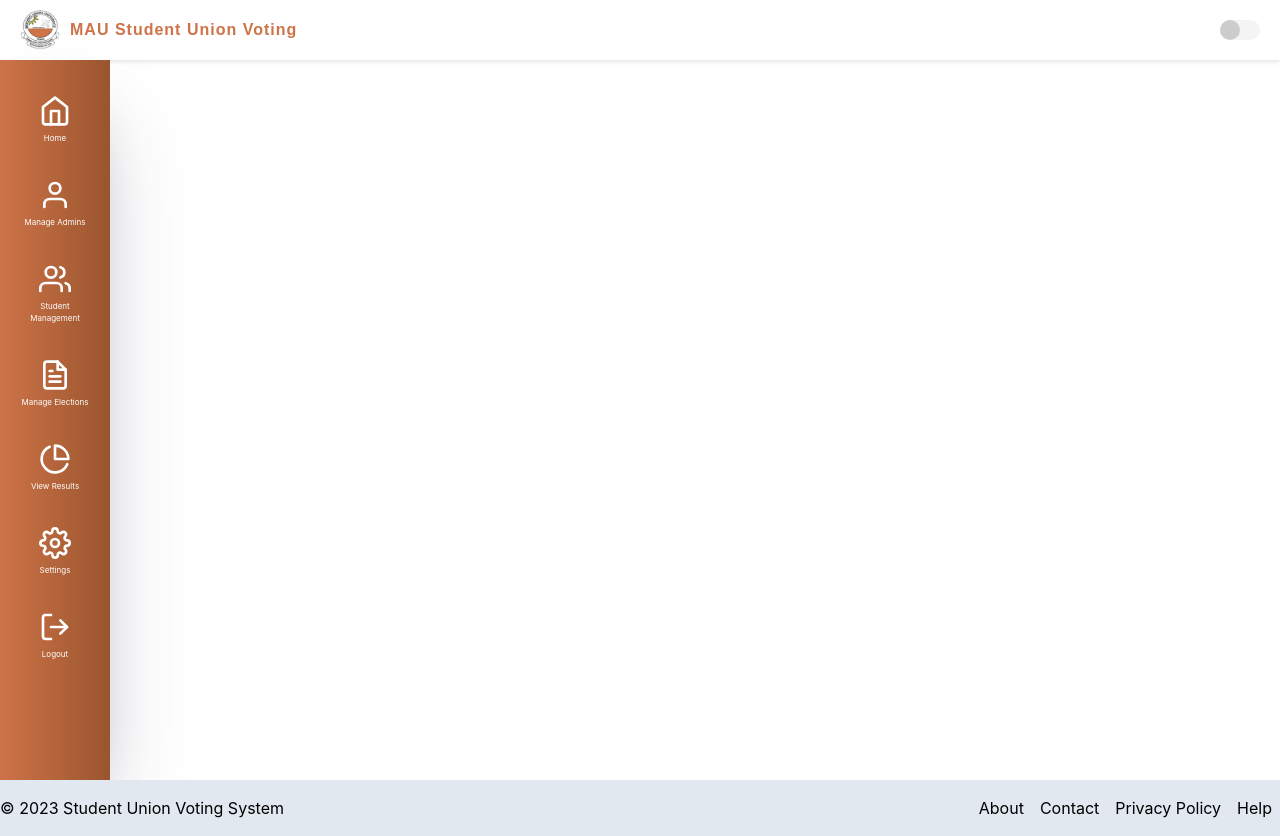
Repository: joena1o/e-vote
Page: /admin-dashboard/student-management
These files come from the project's save history. The page is drawn as it stood at one moment and after the next save; the edit follows.
The browser window is 1280 px wide. The pictures show the whole page.
The project was rebuilt for these pictures with package versions that can differ from the ones it lists, and the page was loaded fresh each time. Also part of the build but not shown: src/components/EnhancedLogin.js, src/components/BottomNav.js, src/api/index.js, src/components/maincontent/home/Home.styles.js, src/components/maincontent/home/Home.js, src/components/maincontent/RegisterStudents/ManageStudents.js, src/components/maincontent/RegisterStudents/RegisterStudents.js, src/components/maincontent/RegisterStudents/StudentManagement.js and 24 more.

Above is the page before, as saved 2023-12-15 00:18:27.

### src/index.js
import React from 'react';
import ReactDOM from 'react-dom/client';
import './index.css';
import App from './App';
import reportWebVitals from './reportWebVitals';
import Modal from 'react-modal';

// Set the app element for the modal for accessibility purposes
Modal.setAppElement('#root');

const root = ReactDOM.createRoot(document.getElementById('root'));
root.render(
  <React.StrictMode>
    <App />
  </React.StrictMode>
);

// If you want to start measuring performance in your app, pass a function
// to log results (for example: reportWebVitals(console.log))
// or send to an analytics endpoint. Learn more: https://bit.ly/CRA-vitals
reportWebVitals();

### src/App.js
import React from 'react';
import { BrowserRouter as Router, Routes, Route, Navigate } from 'react-router-dom';
import EnhancedLogin from './components/EnhancedLogin';
import AdminDashboard from './components/AdminDashboard';
import StudentDashboard from './components/StudentDashboard';
import { ChakraProvider, ColorModeProvider, Button, useColorMode } from '@chakra-ui/react';
import { Provider } from 'react-redux';
import store from './Redux/store';
import ElectionCommitteeDashboard from './components/maincontent/ElectionCommitteeDashboard';


// Component to toggle dark mode
function DarkModeToggle() {
  const { colorMode, toggleColorMode } = useColorMode();
  return (
    <Button onClick={toggleColorMode} position="fixed" m={4} zIndex={10}>
      Toggle {colorMode === 'light' ? 'Dark' : 'Light'}
    </Button>
  );
}

function App() {
  // Check if the current route is not the "/login" route, then render the DarkModeToggle
  // const isLoginPage = window.location.pathname === '/login';

  return (
    <Provider store={store}>
      <ChakraProvider>
        <ColorModeProvider options={{ useSystemColorMode: true }}>
          <Router>
            <Routes>
              {/* Define your routes */}
              <Route path="/login" element={<EnhancedLogin />} />
              <Route path="/admin-dashboard/*" element={<AdminDashboard />} />
              <Route path="/ElectionCommittee-dashboard/*" element={<ElectionCommitteeDashboard />} />
              <Route path='/student-dashboard/*' element={<StudentDashboard />} />
              {/* Redirect root to /admin-dashboard */}
              <Route path="/" element={<Navigate to="/admin-dashboard" replace />} />
            </Routes>
          </Router>
          {/* Render DarkModeToggle only if not on the "/login" page */}
          {/* {!isLoginPage && <DarkModeToggle />} */}
        </ColorModeProvider>
      </ChakraProvider>
    </Provider>
  );
}

export default App;

### src/components/AdminDashboard.js
// AdminDashboard.js
import React from 'react';
import { Routes, Route } from 'react-router-dom';
import styled from 'styled-components';
import Sidebar from './Sidebar';
import Navbar from './Navbar';
import Footer from './Footer';
import BottomNav from './BottomNav';
import Home from './maincontent/home/Home';
import StudentManagement from './maincontent/RegisterStudents/StudentManagement';
import ViewResults from './maincontent/ElectionResults/ViewElectionResults';
import Settings from './maincontent/Settings/Settings';
import ManageAdmin from './maincontent/ManageAdmins/ManageAdmins';
import ManageElections from './maincontent/ManageElections/ManageElections';
import ElectionVotesLog from './maincontent/ElectionResults/report';

// Define styled components
const Container = styled.div`
  display: flex;
  flex-direction: column;
  min-height: 100vh;
`;

const Content = styled.div`
  display: flex;
  flex: 1;
  @media (max-width: 768px) {
    flex-direction: column;
  }
`;

const BottomNavContainer = styled.div`
  position: fixed;
  bottom: 0;
  width: 100%;
  z-index: 1000;
`;

const AdminDashboard = () => {
  const isSmallScreen = window.innerWidth <= 768;

  return (
    <Container>
      <Navbar />
      <Content>
        {isSmallScreen ? (
          <Routes>
            <Route index element={<Home />} />
            <Route path="student-management" element={<StudentManagement />} />
            <Route path="view-results" element={<ViewResults />} />
            <Route path="settings" element={<Settings />} />
            <Route path="manage-admin" element={<ManageAdmin />} />
            <Route path="manage-elections" element={<ManageElections />} />
            <Route path="election-Results" element={<ElectionVotesLog />} />
          </Routes>
        ) : (
          <Sidebar />
        )}
      </Content>
      {isSmallScreen ? (
        <BottomNavContainer>
          <BottomNav />
        </BottomNavContainer>
      ) : (
        <Footer />
      )}
    </Container>
  );
};

export default AdminDashboard;

### src/Redux/store.js
import { configureStore } from '@reduxjs/toolkit';
import electionReducer from './electionSlice';
import studentsReducer from './studentsSlice';
import candidatesReducer from './CandidateSlice'; // Import the candidates reducer

const store = configureStore({
  reducer: {
    elections: electionReducer,
    students: studentsReducer,
    candidates: candidatesReducer, // Add the candidates reducer here
  },
});

export default store;

### src/components/Sidebar.js
import React from 'react';
import styled from 'styled-components';
import { Link } from 'react-router-dom';
import { FiHome, FiUser, FiUsers, FiFileText, FiSettings, FiLogOut, FiPieChart } from 'react-icons/fi';
import { useColorMode } from '@chakra-ui/react';

const SidebarContainer = styled.nav`
  background: ${props => (props.theme === 'dark' ? '#333' : 'linear-gradient(to right, #ce7348, #9a552e)')};
  padding: 15px;
  height: 100vh;
  color: #fff;
  box-shadow: rgba(50, 50, 93, 0.25) 0px 50px 100px -20px, rgba(0, 0, 0, 0.3) 0px 30px 60px -30px;
  display: flex;
  flex-direction: column;
`;

const LinkList = styled.ul`
  list-style-type: none;
  padding: 0;
  flex: 1;
`;

const StyledLink = styled(Link)`
  text-decoration: none;
  color: #fff;
  display: flex;
  flex-direction: column;
  align-items: center;
  transition: color 0.3s ease;
  margin-bottom: 15px;
  cursor: pointer;
  font-size: 0.5rem;

  &:hover {
    color: #fce364;
  }

  width: 80px;
  text-align: center;
  word-wrap: break-word;
  overflow-wrap: break-word;

  @media (max-width: 768px) {
    font-size: 0.4rem;
  }

  @media (max-width: 480px) {
    font-size: 0.3rem;
  }
`;

const LinkItem = styled.li`
  display: flex;
  align-items: center;
  margin-top: 20px;
`;

const Icon = styled.div`
  font-size: 2rem;
  color: #fff;

  @media (max-width: 768px) {
    font-size: 0.9rem;
  }

  @media (max-width: 480px) {
    font-size: 0.8rem;
  }

  margin-bottom: 5px;

  ${StyledLink}:hover & {
    color: #fce364;  // Change icon color when the link is hovered
  }
`;

function Sidebar() {
  const { colorMode } = useColorMode();

  return (
    <SidebarContainer theme={colorMode}>
      <LinkList>
        <LinkItem>
          <StyledLink to="/admin-dashboard">
            <Icon><FiHome /></Icon>
            Home
          </StyledLink>
        </LinkItem>
        <LinkItem>
          <StyledLink to="/admin-dashboard/manage-admin">
            <Icon><FiUser /></Icon>
            Manage Admins
          </StyledLink>
        </LinkItem>
        <LinkItem>
          <StyledLink to="/admin-dashboard/student-management">
            <Icon><FiUsers /></Icon>
            Student Management
          </StyledLink>
        </LinkItem>
        <LinkItem>
          <StyledLink to="/admin-dashboard/manage-elections">
            <Icon><FiFileText /></Icon>
            Manage Elections
          </StyledLink>
        </LinkItem>
        <LinkItem>
          <StyledLink to="/admin-dashboard/view-results">
            <Icon><FiPieChart /></Icon>
            View Results
          </StyledLink>
        </LinkItem>
        <LinkItem>
          <StyledLink to="/admin-dashboard/settings">
            <Icon><FiSettings /></Icon>
            Settings
          </StyledLink>
        </LinkItem>
        <LinkItem>
          <StyledLink to="/logout">
            <Icon><FiLogOut /></Icon>
            Logout
          </StyledLink>
        </LinkItem>
      </LinkList>
    </SidebarContainer>
  );
}

export default Sidebar;

### src/components/Navbar.js
import React from 'react';
import styled, { createGlobalStyle } from 'styled-components';
import logo from '../assets/school_logo.jpg';
import { useColorMode } from '@chakra-ui/react';

const GlobalStyle = createGlobalStyle`
  body {
    background-color: ${props => (props.theme === 'dark' ? '#333' : '#fff')};
    color: ${props => (props.theme === 'dark' ? '#fff' : '#000')}; // Set other component texts to black in light mode
  }
`;

const Header = styled.header`
  background: ${props => (props.theme === 'dark' ? '#333' : '#fff')};
  color: ${props => (props.theme === 'dark' ? '#fff' : '#ce7348')}; // Set navbar text to brown in light mode
  padding: 10px 20px;
  display: flex;
  align-items: center;
  justify-content: flex-start;
  box-shadow: 0px 2px 4px rgba(0, 0, 0, 0.1);
  font-family: 'Poppins', sans-serif;
`;


const Logo = styled.img`
  width: 40px;
  height: 40px;
  border-radius: 20px;
  margin-right: 10px;
`;

const Title = styled.h1`
  margin: 0;
  padding: 0;
  font-size: 1rem;
  font-weight: 600;
  letter-spacing: 1px;
`;

const ToggleSlider = styled.label`
  display: flex;
  align-items: center;
  cursor: pointer;
  margin-left: auto;
`;

const SliderInput = styled.input.attrs({ type: 'checkbox' })`
  display: none;
`;

const Slider = styled.div`
  width: 40px;
  height: 20px;
  background-color: ${props => (props.theme === 'dark' ? '#333' : '#f4f4f4')};
  border-radius: 20px;
  position: relative;
  transition: background-color 0.3s ease;
  cursor: pointer;

  &::after {
    content: '';
    width: 20px;
    height: 20px;
    border-radius: 50%;
    background-color: ${props => (props.theme === 'dark' ? '#fff' : '#ccc')};
    position: absolute;
    top: 50%;
    transform: translateY(-50%);
    left: ${props => (props.theme === 'dark' ? '20px' : '0')};
    transition: left 0.3s ease;
  }
`;

function Navbar() {
  const { colorMode, toggleColorMode } = useColorMode();

  return (
    <>
      <GlobalStyle theme={colorMode} />
      <Header theme={colorMode}>
        <Logo src={logo} alt="University Logo" />
        <Title>MAU Student Union Voting</Title>
        <ToggleSlider>
          <SliderInput type="checkbox" onChange={toggleColorMode} />
          <Slider theme={colorMode} />
        </ToggleSlider>
      </Header>
    </>
  );
}

export default Navbar;

### src/components/Footer.js
import React from 'react';
import { Box, Flex, Text, Link } from '@chakra-ui/react';

const Footer = ({ colorMode }) => {
  const handleDownloadDocumentation = () => {

    const pdfUrl = '/path/to/your/documentation.pdf';

    //  anchor element that triggers  download
    const link = document.createElement('a');
    link.href = pdfUrl;
    link.download = 'documentation.pdf';
    link.click();
  };

    return (
      <Box as="footer" mt="auto" py={4} bg={colorMode === 'dark' ? 'gray.800' : 'gray.200'} color={colorMode === 'dark' ? 'white' : 'black'}>
        <Flex justify="space-between" align="center">
          <Text>&copy; 2023 Student Union Voting System</Text>
          <Flex>
            <Link mx={2} href="#about">
              About
            </Link>
            <Link mx={2} href="#contact">
              Contact
            </Link>
            <Link mx={2} href="#privacy">
              Privacy Policy
            </Link>
            <Link mx={2} onClick={handleDownloadDocumentation}>
              Help
            </Link>
          </Flex>
        </Flex>
      </Box>
    );
  };

  export default Footer;

### src/Redux/electionSlice.js
/*import { createSlice, createAsyncThunk } from '@reduxjs/toolkit';
import { API, graphqlOperation } from 'aws-amplify';
import { createElection as createElectionAPI } from '../graphql/mutations';

export const createElection = createAsyncThunk(
  'elections/createElection',
  async (election, { rejectWithValue }) => {
    try {
      const result = await API.graphql(graphqlOperation(createElectionAPI, { input: election }));
      return result.data.createElection;
    } catch (error) {
      return rejectWithValue(error);
    }
  }
);

const electionSlice = createSlice({
  name: 'elections',
  initialState: [],
  reducers: {},
  extraReducers: (builder) => {
    builder.addCase(createElection.fulfilled, (state, action) => {
      state.push(action.payload);
    });
  },
});

export default electionSlice.reducer;
*/

### src/Redux/studentsSlice.js
import { createSlice } from '@reduxjs/toolkit';

export const studentsSlice = createSlice({
  name: 'students',
  initialState: [],
  reducers: {
    addStudents: (state, action) => {
      // Add students to the Redux store
      action.payload.forEach(student => {
        state.push(student);
      });
    },
  },
});

export const { addStudents } = studentsSlice.actions;

export default studentsSlice.reducer;

### src/Redux/CandidateSlice.js

import { createSlice } from '@reduxjs/toolkit';

export const candidatesSlice = createSlice({
  name: 'candidates',
  initialState: [],
  reducers: {
    setCandidates: (state, action) => {
      return action.payload;
    },
  },
});

export const { setCandidates } = candidatesSlice.actions;
export default candidatesSlice.reducer;

Loaded but not shown: public/index.html (common file); src/index.css (common file); src/reportWebVitals.js (common file)

After the next save:
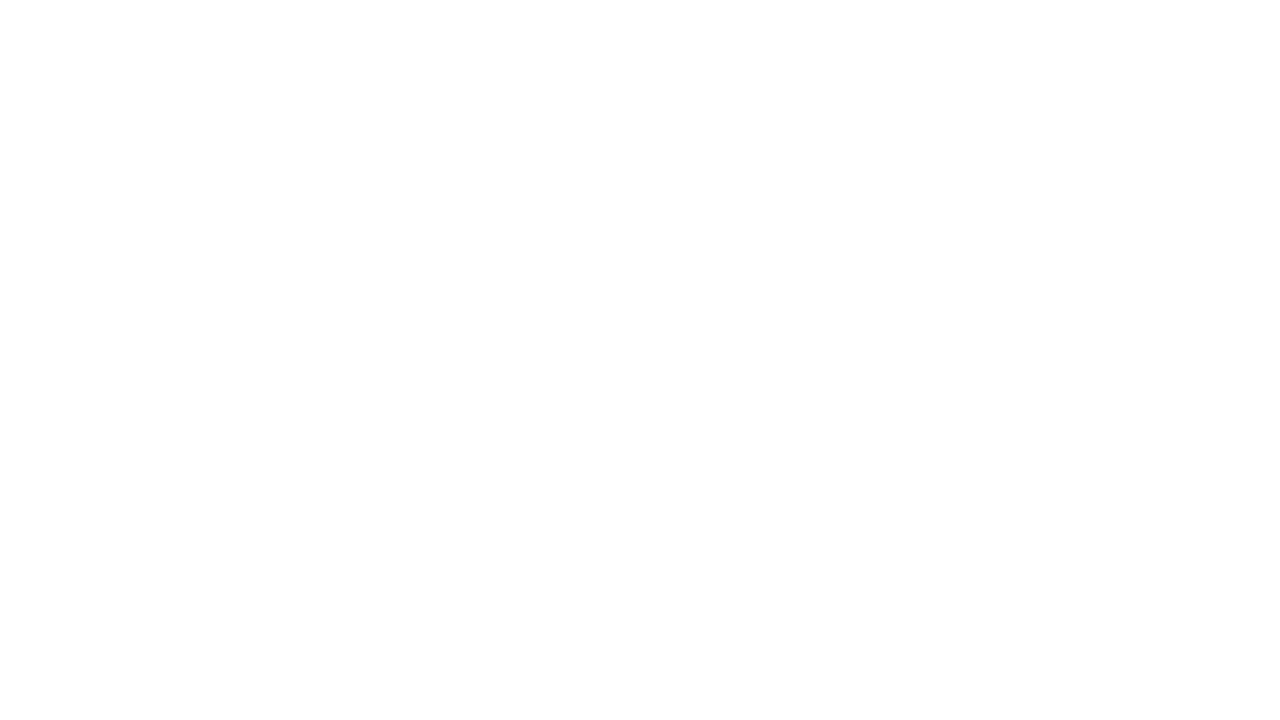
Saved 5 h 37 min later.
--- a/src/App.js
+++ b/src/App.js
@@ -7,7 +7,8 @@
 import { Provider } from 'react-redux';
 import store from './Redux/store';
 import ElectionCommitteeDashboard from './components/maincontent/ElectionCommitteeDashboard';
-
+import { useMediaQuery } from 'react-responsive';
+import GridLayout from 'react-grid-layout';
 
 // Component to toggle dark mode
 function DarkModeToggle() {
@@ -20,23 +21,47 @@
 }
 
 function App() {
-  // Check if the current route is not the "/login" route, then render the DarkModeToggle
-  // const isLoginPage = window.location.pathname === '/login';
+  const isDesktopOrLaptop = useMediaQuery({ query: '(min-device-width: 1224px)' });
+  const isTabletOrMobile = useMediaQuery({ query: '(max-width: 1224px)' });
 
   return (
     <Provider store={store}>
       <ChakraProvider>
         <ColorModeProvider options={{ useSystemColorMode: true }}>
           <Router>
-            <Routes>
-              {/* Define your routes */}
-              <Route path="/login" element={<EnhancedLogin />} />
-              <Route path="/admin-dashboard/*" element={<AdminDashboard />} />
-              <Route path="/ElectionCommittee-dashboard/*" element={<ElectionCommitteeDashboard />} />
-              <Route path='/student-dashboard/*' element={<StudentDashboard />} />
-              {/* Redirect root to /admin-dashboard */}
-              <Route path="/" element={<Navigate to="/admin-dashboard" replace />} />
-            </Routes>
+            {isDesktopOrLaptop && (
+              // Render for desktop or laptop view
+              <Routes>
+                {/* Define your routes */}
+                <Route path="/login" element={<EnhancedLogin />} />
+                <Route path="/admin-dashboard/*" element={<AdminDashboard />} />
+                <Route path="/ElectionCommittee-dashboard/*" element={<ElectionCommitteeDashboard />} />
+                <Route path='/student-dashboard/*' element={<StudentDashboard />} />
+                {/* Redirect root to /admin-dashboard */}
+                <Route path="/" element={<Navigate to="/admin-dashboard" replace />} />
+              </Routes>
+            )}
+            {isTabletOrMobile && (
+              // Render for tablet or mobile view
+              <GridLayout className="layout" cols={4} rowHeight={30} width={1200}>
+                <div key="a">
+                  <Route path="/login" element={<EnhancedLogin />} />
+                </div>
+                <div key="b">
+                  <Route path="/admin-dashboard/*" element={<AdminDashboard />} />
+                </div>
+                <div key="c">
+                  <Route path="/ElectionCommittee-dashboard/*" element={<ElectionCommitteeDashboard />} />
+                </div>
+                <div key="d">
+                  <Route path='/student-dashboard/*' element={<StudentDashboard />} />
+                </div>
+                {/* Redirect root to /admin-dashboard */}
+                <div key="e">
+                  <Route path="/" element={<Navigate to="/admin-dashboard" replace />} />
+                </div>
+              </GridLayout>
+            )}
           </Router>
           {/* Render DarkModeToggle only if not on the "/login" page */}
           {/* {!isLoginPage && <DarkModeToggle />} */}

After the 3 saves that followed:
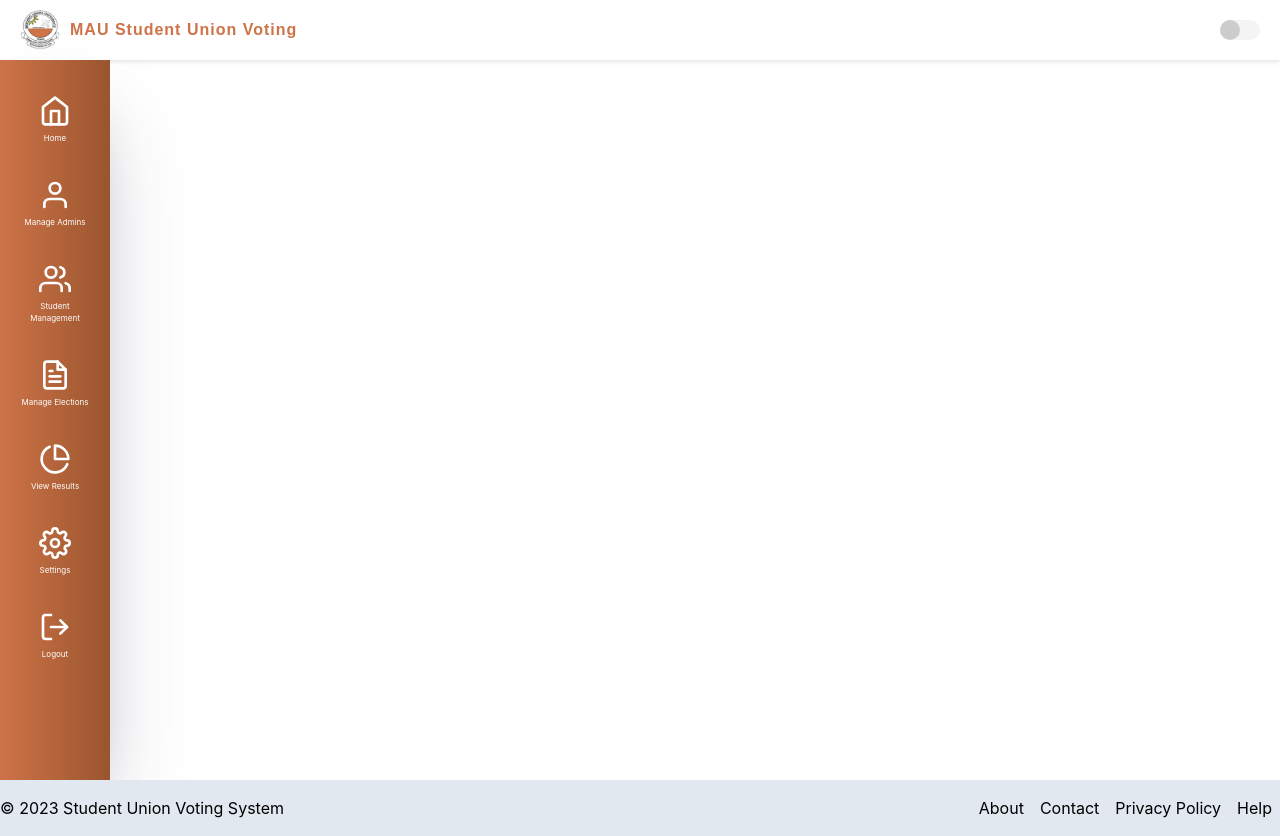
The 3 saves are shown as one change because 2 left the picture as it was.
The last was saved 11 min 10 s later.
--- a/src/App.js
+++ b/src/App.js
@@ -7,8 +7,7 @@
 import { Provider } from 'react-redux';
 import store from './Redux/store';
 import ElectionCommitteeDashboard from './components/maincontent/ElectionCommitteeDashboard';
-import { useMediaQuery } from 'react-responsive';
-import GridLayout from 'react-grid-layout';
+
 
 // Component to toggle dark mode
 function DarkModeToggle() {
@@ -21,47 +20,23 @@
 }
 
 function App() {
-  const isDesktopOrLaptop = useMediaQuery({ query: '(min-device-width: 1224px)' });
-  const isTabletOrMobile = useMediaQuery({ query: '(max-width: 1224px)' });
+  // Check if the current route is not the "/login" route, then render the DarkModeToggle
+  // const isLoginPage = window.location.pathname === '/login';
 
   return (
     <Provider store={store}>
       <ChakraProvider>
         <ColorModeProvider options={{ useSystemColorMode: true }}>
           <Router>
-            {isDesktopOrLaptop && (
-              // Render for desktop or laptop view
-              <Routes>
-                {/* Define your routes */}
-                <Route path="/login" element={<EnhancedLogin />} />
-                <Route path="/admin-dashboard/*" element={<AdminDashboard />} />
-                <Route path="/ElectionCommittee-dashboard/*" element={<ElectionCommitteeDashboard />} />
-                <Route path='/student-dashboard/*' element={<StudentDashboard />} />
-                {/* Redirect root to /admin-dashboard */}
-                <Route path="/" element={<Navigate to="/admin-dashboard" replace />} />
-              </Routes>
-            )}
-            {isTabletOrMobile && (
-              // Render for tablet or mobile view
-              <GridLayout className="layout" cols={4} rowHeight={30} width={1200}>
-                <div key="a">
-                  <Route path="/login" element={<EnhancedLogin />} />
-                </div>
-                <div key="b">
-                  <Route path="/admin-dashboard/*" element={<AdminDashboard />} />
-                </div>
-                <div key="c">
-                  <Route path="/ElectionCommittee-dashboard/*" element={<ElectionCommitteeDashboard />} />
-                </div>
-                <div key="d">
-                  <Route path='/student-dashboard/*' element={<StudentDashboard />} />
-                </div>
-                {/* Redirect root to /admin-dashboard */}
-                <div key="e">
-                  <Route path="/" element={<Navigate to="/admin-dashboard" replace />} />
-                </div>
-              </GridLayout>
-            )}
+            <Routes>
+              {/* Define your routes */}
+              <Route path="/login" element={<EnhancedLogin />} />
+              <Route path="/admin-dashboard/*" element={<AdminDashboard />} />
+              <Route path="/ElectionCommittee-dashboard/*" element={<ElectionCommitteeDashboard />} />
+              <Route path='/student-dashboard/*' element={<StudentDashboard />} />
+              {/* Redirect root to /admin-dashboard */}
+              <Route path="/" element={<Navigate to="/admin-dashboard" replace />} />
+            </Routes>
           </Router>
           {/* Render DarkModeToggle only if not on the "/login" page */}
           {/* {!isLoginPage && <DarkModeToggle />} */}
